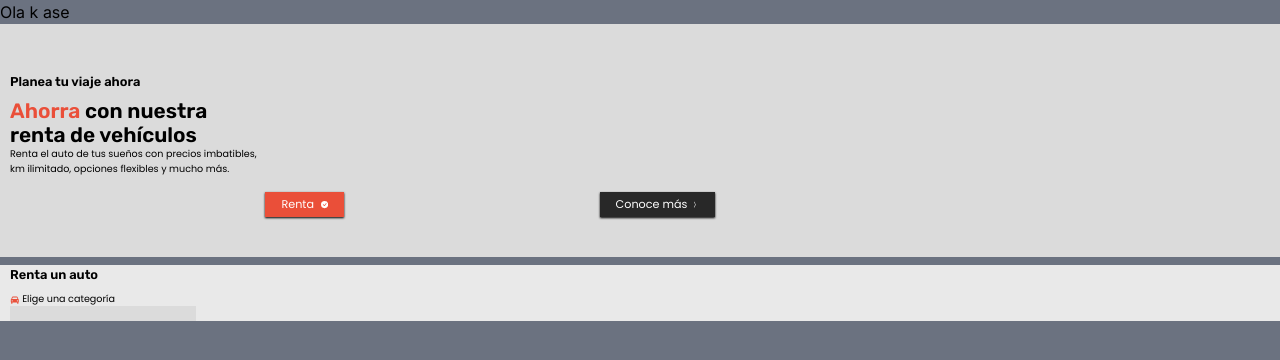
Repository: aldovelacasas/PF_RentCar2
Page: /homePage
The author's editor kept a copy of each file at every save. The page is drawn from the files as they stood at one save, then again after the next save.
The browser window is 1280 px wide. The pictures show the whole page.
The project was rebuilt for these pictures with package versions that can differ from the ones it lists, and the page was loaded fresh each time. Some packages were replaced by stand-ins written for this rebuild. The framework's server and built-in components were replaced by stand-ins that run in the browser. Also part of the build but not shown: next.config.js.

Above is the page before, as saved 2023-08-29 19:52:41.

### src/app/layout.jsx
import "./globals.css";
import { Inter } from "next/font/google";

const inter = Inter({ subsets: ["latin"] });

export const metadata = {
  title: "Create Next App",
  description: "Generated by create next app",
};

export default function RootLayout({ children }) {
  return (
    <html lang="en">
      <body className={inter.className}>
        <h1>Ola k ase</h1>
        <div className="h-[calc(100vh-5rem)]">{children}</div>
      </body>
    </html>
  );
}

### src/app/homePage/page.jsx
import { Rubik, Poppins } from "next/font/google";
import { BsChevronCompactRight, BsCheckCircleFill } from "react-icons/bs";
import { BiSolidCar } from "react-icons/bi";

const fontRubik = Rubik({
  weight: "600",
  subsets: ["latin"],
});

const fontPoppins = Poppins({
  weight: "400",
  subsets: ["latin"],
});
const poppins = fontPoppins.className;
const rubik = fontRubik.className;

function HomePage() {
  return (
    <>
      <header className={`bg-gris_fondo ${rubik} space-y-0 space-x-2.5`}>
        <p className={`pt-12 ml-2.5 text-[0.8em] mb-2`}>
          Planea tu viaje ahora
        </p>
        <p className="text-[1.3em]  leading-6">
          <span className="text-naranja_enf">Ahorra </span>
          con nuestra
        </p>
        <p className="text-[1.3em] leading-6">renta de vehículos</p>
        <p className={`${poppins} text-[0.6em] mt-2`}>
          Renta el auto de tus sueños con precios imbatibles,
        </p>
        <p className={`${poppins} text-[0.6em] pb-4`}>
          km ilimitado, opciones flexibles y mucho más.
        </p>
        <div className="flex place-content-evenly w-3/4 mt-3 pb-10">
          <button
            className={`bg-naranja_enf text-white text-[0.7em] px-4 py-1 ${poppins} shadow-sm shadow-black hover:shadow-md hover:shadow-black active:shadow-inner active:shadow-black`}>
            Renta <BsCheckCircleFill className="inline pl-1" />
          </button>
          <button
            className={`bg-negro_fondo text-white text-[0.7em] px-4 py-1 ${poppins} shadow-sm shadow-black hover:shadow-md hover:shadow-black active:shadow-inner active:shadow-black`}>
            Conoce más
            <BsChevronCompactRight className="inline pl-1 stroke-slate-100 pr-0 mr-0" />
          </button>
        </div>
      </header>
      <form className={`${poppins} text-[0.6em] pl-2.5 bg-gris_frente`}>
        <p className={`mt-2 text-[0.8rem] ${rubik} mb-2`}>Renta un auto</p>
        <label htmlFor="categoria" className="">
          <BiSolidCar className="inline text-naranja_enf" /> Elige una categoría
        </label>
        <br />
        <input className="bg-gris_fondo" name="categoría" />
      </form>
    </>
  );
}

export default HomePage;

### src/app/api/products/[id]/route.js
import { NextResponse } from "next/server";
import {conn} from "@/libs/mysql"

export async function GET(request,{params}){
  try {
    const result = await conn.query("SELECT * FROM product WHERE id = ?", [params.id])
    if(result.length === 0 ){
        return NextResponse.json(
         {
            message: "producto no encontrado",
         },
         {
            status:404,
         }
        );
    }
    return NextResponse.json(result[0])
  } catch (error) {
    return NextResponse.json(
        {
            message:error.message,
        },
        {status: 500}
    )
  }
}

export async function DELETE (request,{params} ){
    try {
     const result = await conn.query("DELETE FROM product WHERE id = ?", [params.id]);
     if(result.affectedRows === 0){
         return NextResponse.json({message:"Producto no encontrado"},{status:404})
     }

     return new Response (null, {status: 204})
 } catch (error) {
     return NextResponse.json({message:error.message},{status:500})
 }
    }

export async  function PUT(request, {params}){
   try {
    const data = await request.json()
    const result = await conn.query("UPDATE product SET ? WHERE id = ?", [data , params.id])

    if (result.affectedRows === 0) {
        return NextResponse.json(
        {
            message: "producto no encontrado",
        },
        {
            status: 400,
        }
        )
    }
     const updateProduct = await conn.query("SELECT * FROM product WHERE id = ?", [params.id])

  return NextResponse.json(updateProduct[0])

   } catch (error) {
    return NextResponse.json(
        {
            message: error.message,
        },
        { status: 500}
    )
   }
}

### src/app/api/products/route.js
import { NextResponse } from "next/server";
import {conn} from "@/libs/mysql";

export async function GET(){
    try {
        const results = await conn.query("SELECT * FROM product");
        return NextResponse.json(results)

    } catch (error) {
        return NextResponse.json(
        {
          message: error.message,
        },
        {
            status:500,
        }

        );
    }
}

    export async function POST (request) {
  try {
    const {name, price, year, model, capacity, type, description, image, transmission,  }= await request.json();

    const result  = await conn.query("INSERT INTO product SET ?", {
        name,
        price,
        year,
        model,
        capacity,
        type,
        transmission,
        image,
        description

    })

    return NextResponse.json({
        name,
        price,
        year,
        model,
        capacity,
        type,
        transmission,
        image,
        description,
        id: result.insertId,

    })

  } catch (error) {
    console.log(error);
    return NextResponse.json(
    {
        message: error.message,
    },
    {
        status:500,
    }
    );
  }

}

### src/app/globals.css
@tailwind base;
@tailwind components;
@tailwind utilities;

body {
   @apply bg-gray-500; /* Fondo más claro */
   color: gray-800; /* Texto oscuro */
}

### tailwind.config.js
/** @type {import('tailwindcss').Config} */
module.exports = {
  content: [
    "./src/pages/**/*.{js,ts,jsx,tsx,mdx}",
    "./src/components/**/*.{js,ts,jsx,tsx,mdx}",
    "./src/app/**/*.{js,ts,jsx,tsx,mdx}",
  ],
  theme: {
    extend: {
      backgroundImage: {
        "gradient-radial": "radial-gradient(var(--tw-gradient-stops))",
        "gradient-conic":
          "conic-gradient(from 180deg at 50% 50%, var(--tw-gradient-stops))",
      },
      colors: {
        gris_fondo: "#dbdbdb",
        gris_frente: "#e9e9e9",
        negro_fondo: "#282828",
        naranja_enf: "#ea4f39",
        rojo_status: "#e30613",
        verde_status: "#4aaf4d",
        amarillo_status: "#f0e400",
      },
    },
  },
  plugins: [],
};

Loaded but not shown: src/app/api/bookings/[id]/route.js (no copy from this time; the picture is the same without it); src/app/api/bookings/route.js (no copy from this time; the picture is the same without it); src/app/api/create-payment-intent/route.js (no copy from this time; the picture is the same without it); src/app/api/post/[id]/route.js (no copy from this time; the picture is the same without it); src/app/api/post/route.js (no copy from this time; the picture is the same without it); src/app/api/users/[id]/route.js (no copy from this time; the picture is the same without it); src/app/api/users/route.js (no copy from this time; the picture is the same without it)

After the next save:
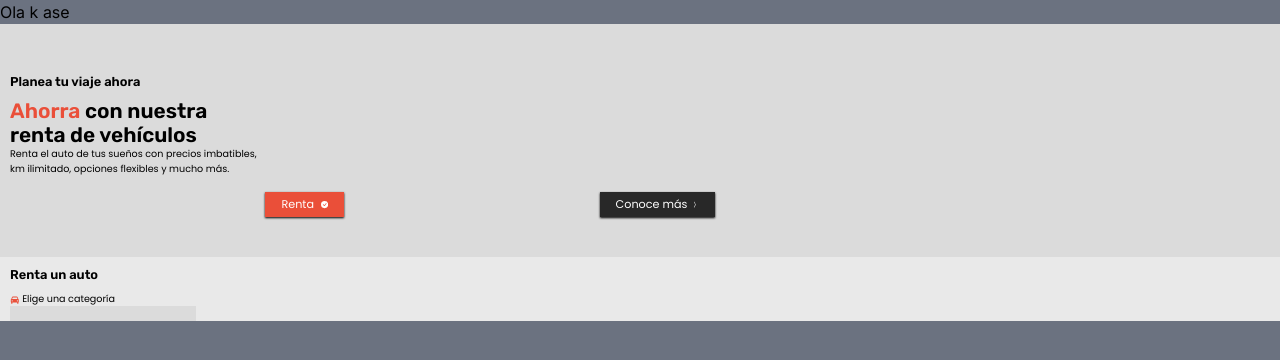
Saved 31 s later.
--- a/src/app/homePage/page.jsx
+++ b/src/app/homePage/page.jsx
@@ -44,8 +44,8 @@ function HomePage() {
           </button>
         </div>
       </header>
-      <form className={`${poppins} text-[0.6em] pl-2.5 bg-gris_frente`}>
-        <p className={`mt-2 text-[0.8rem] ${rubik} mb-2`}>Renta un auto</p>
+      <form className={`pt-2 ${poppins} text-[0.6em] pl-2.5 bg-gris_frente`}>
+        <p className={`text-[0.8rem] ${rubik} mb-2`}>Renta un auto</p>
         <label htmlFor="categoria" className="">
           <BiSolidCar className="inline text-naranja_enf" /> Elige una categoría
         </label>
